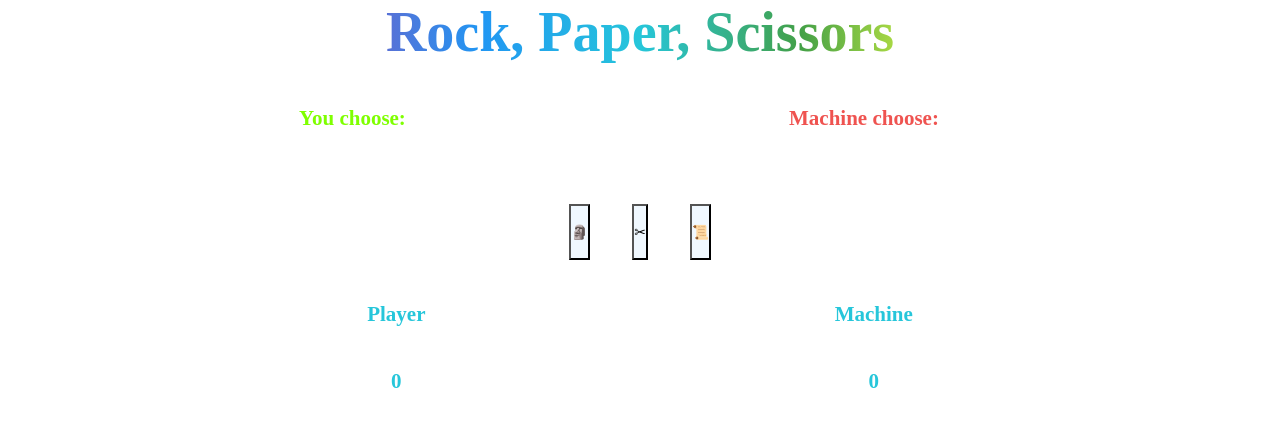
Repository: dung8466/RPS
Page: index.html
These files come from the project's save history. The page is drawn as it stood at one moment and after the next save; the edit follows.
The browser window is 1280 px wide. The pictures show the whole page.

Above is the page before, as saved 2022-07-01 20:13:27.

After the next save:
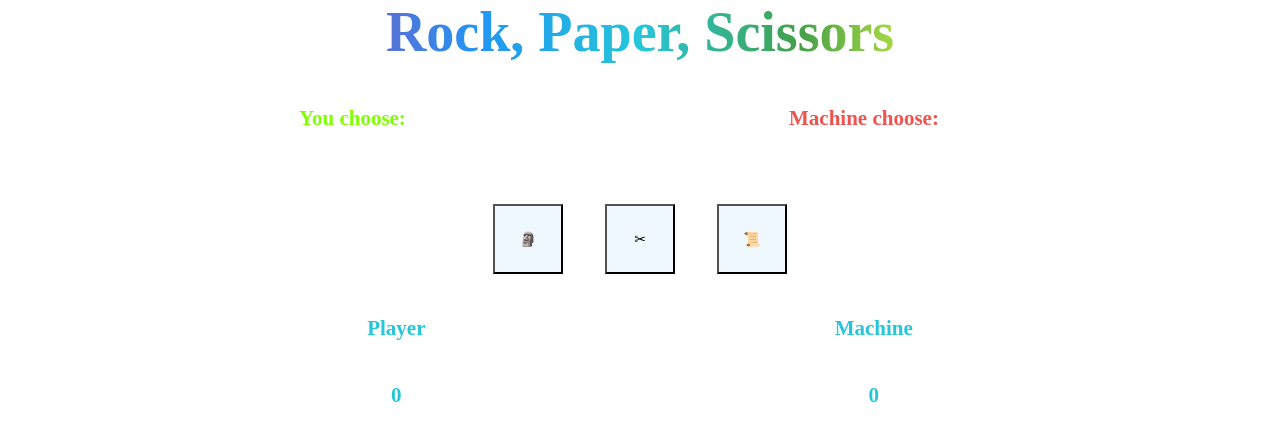
Saved 10 s later.
--- a/style.css
+++ b/style.css
@@ -54,8 +54,8 @@ img{
     justify-content: center;
 }
 .board button {
-    height: 4em;
-    width: auto;
+    height: 5em;
+    width: 5em;
     background-color: aliceblue;
 }
 
